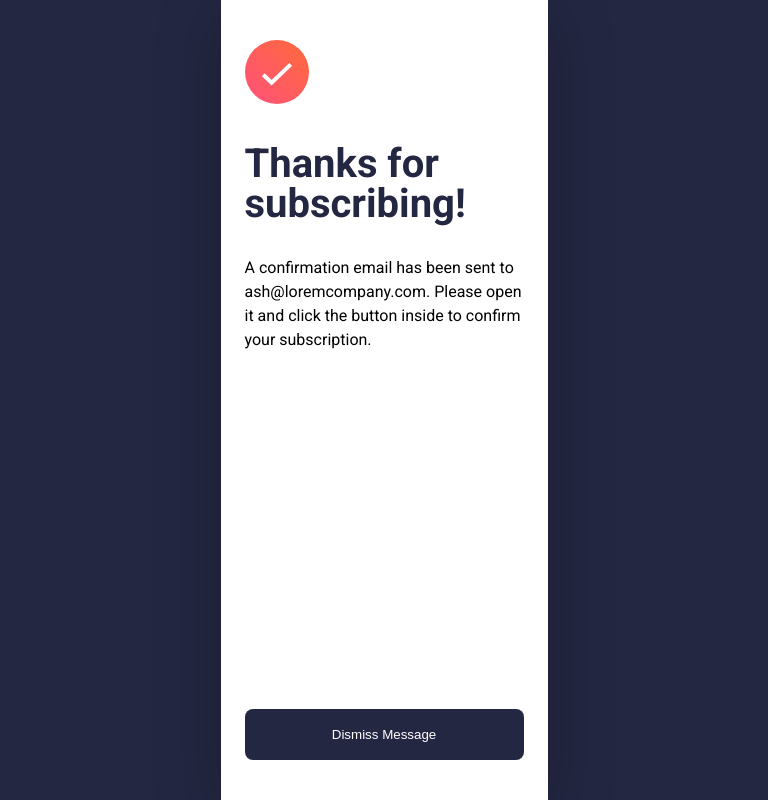
Repository: brandontaylor1/newsletter-signup
Page: success.html
The author's editor kept a copy of each file at every save. The page is drawn from the files as they stood at one save, then again after the next save.
The browser window is 768 px wide. The pictures show the whole page.

Above is the page before, as saved 2025-01-20 10:50:14.

After the next save:
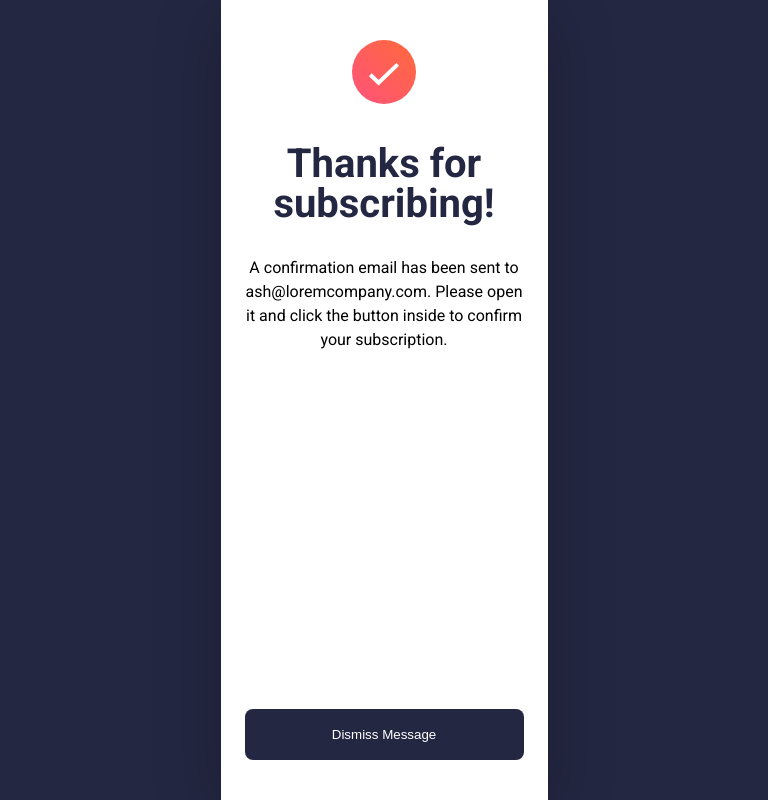
Saved 23 s later.
--- a/success.css
+++ b/success.css
@@ -110,6 +110,14 @@ button:hover {
         position: relative;
     }
 
+    .success-card-text {
+        display: flex;
+        flex-direction: column;
+        justify-content: space-around;
+        align-items: center;
+        text-align: center;
+    }
+
     .success-card h1 {
         width: 100%;
         color: var(--Dark-Navy, #242742);
